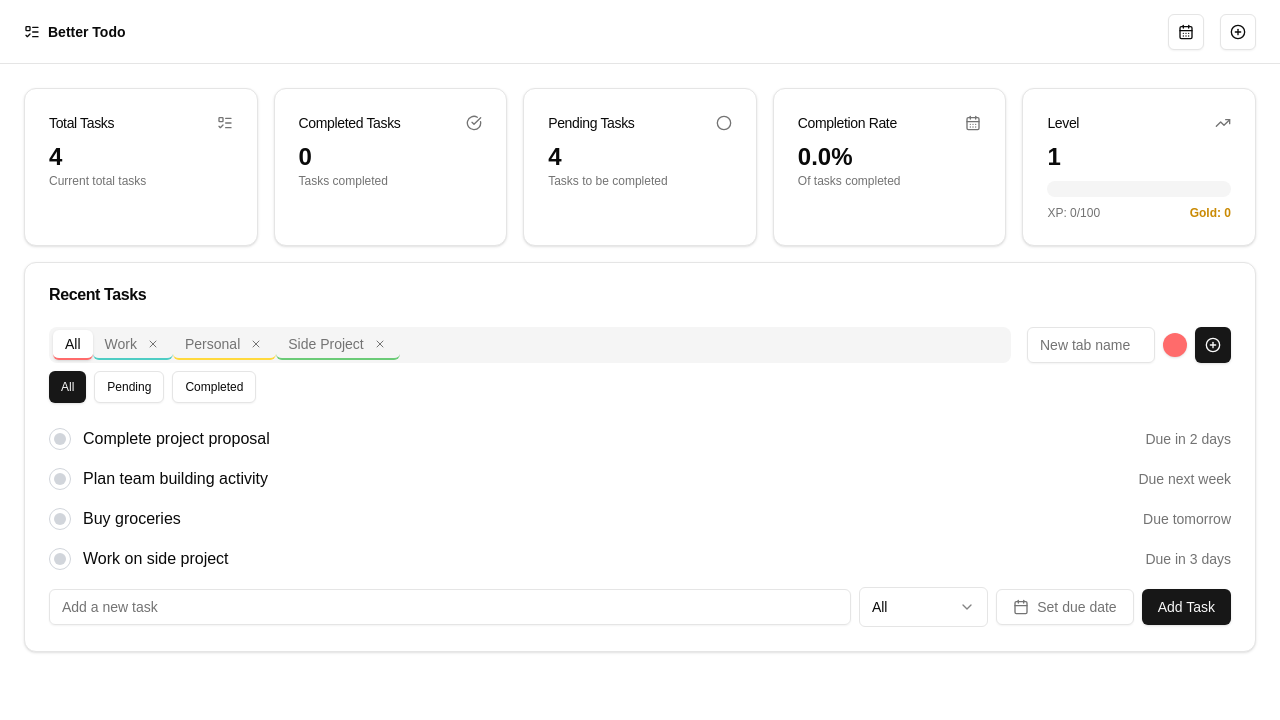
Repository: malikbarbier7/better-todo
Page: /dashboard
These files come from the project's save history. The page is drawn as it stood at one moment and after the next save; the edit follows.
The browser window is 1280 px wide. The pictures show the whole page.
The project was rebuilt for these pictures with package versions that can differ from the ones it lists, and the page was loaded fresh each time. The framework's server and built-in components were replaced by stand-ins that run in the browser. Also part of the build but not shown: next.config.js, next.config.mjs, components/ui/calendar.tsx.

Above is the page before, as saved 2024-10-04 14:19:57.

After the next save:
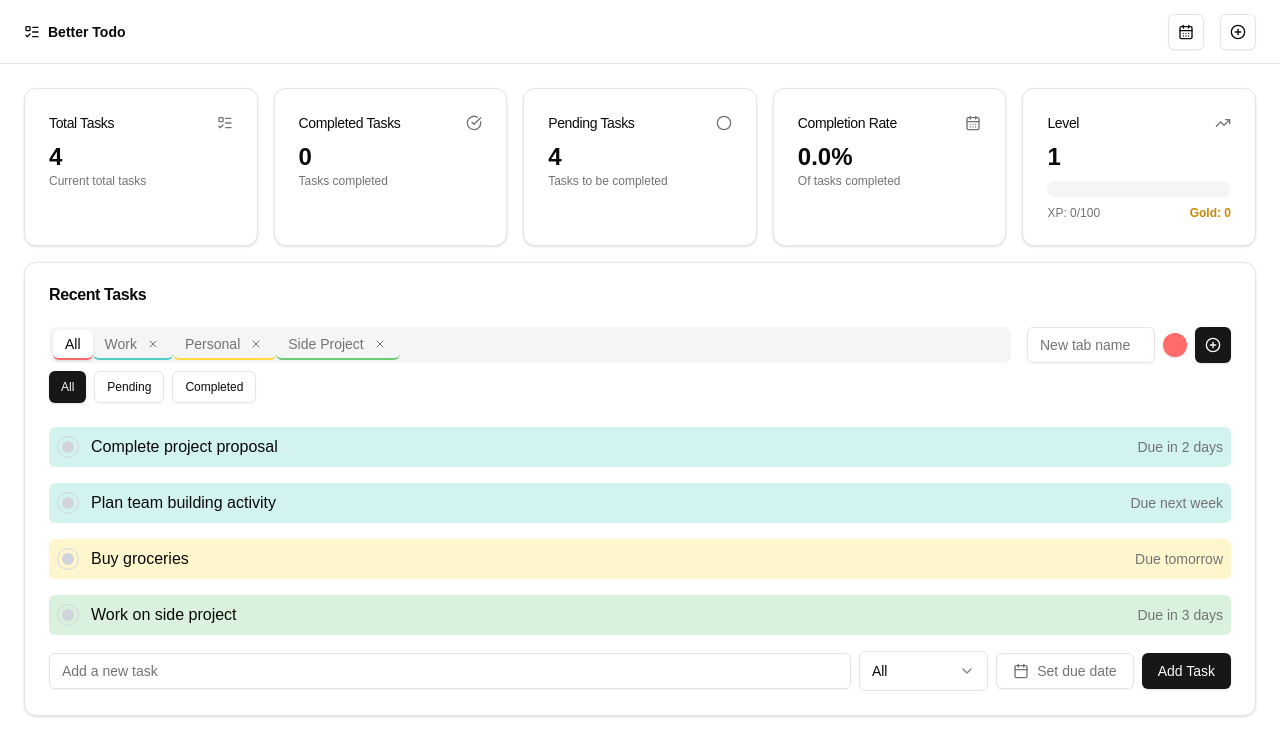
Saved 67 s later.
--- a/components/dashboard.tsx
+++ b/components/dashboard.tsx
@@ -404,7 +404,15 @@ export function Dashboard() {
                     <TabsContent key={tab.name} value={tab.name}>
                       <div className="space-y-4">
                         {filteredTasks.map((task) => (
-                          <div key={task.id} className="flex items-center">
+                          <div
+                            key={task.id}
+                            className="flex items-center p-2 rounded-md" // Ajout de padding et arrondi
+                            style={{
+                              backgroundColor: activeTab === 'All'
+                                ? tabs.find(tab => tab.name === task.category)?.color + '40' // Ajout de transparence
+                                : 'transparent'
+                            }}
+                          >
                             <div className="relative">
                               {task.status === 'completed' ? (
                                 <button
@@ -422,7 +430,9 @@ export function Dashboard() {
                                 </button>
                               )}
                             </div>
-                            <span className={`ml-3 flex-1 ${task.status === 'completed' ? 'line-through' : ''}`}>{task.name}</span>
+                            <span className={`ml-3 flex-1 ${task.status === 'completed' ? 'line-through' : ''}`}>
+                              {task.name}
+                            </span>
                             <span className="text-sm text-muted-foreground">{task.dueDate}</span>
                           </div>
                         ))}
